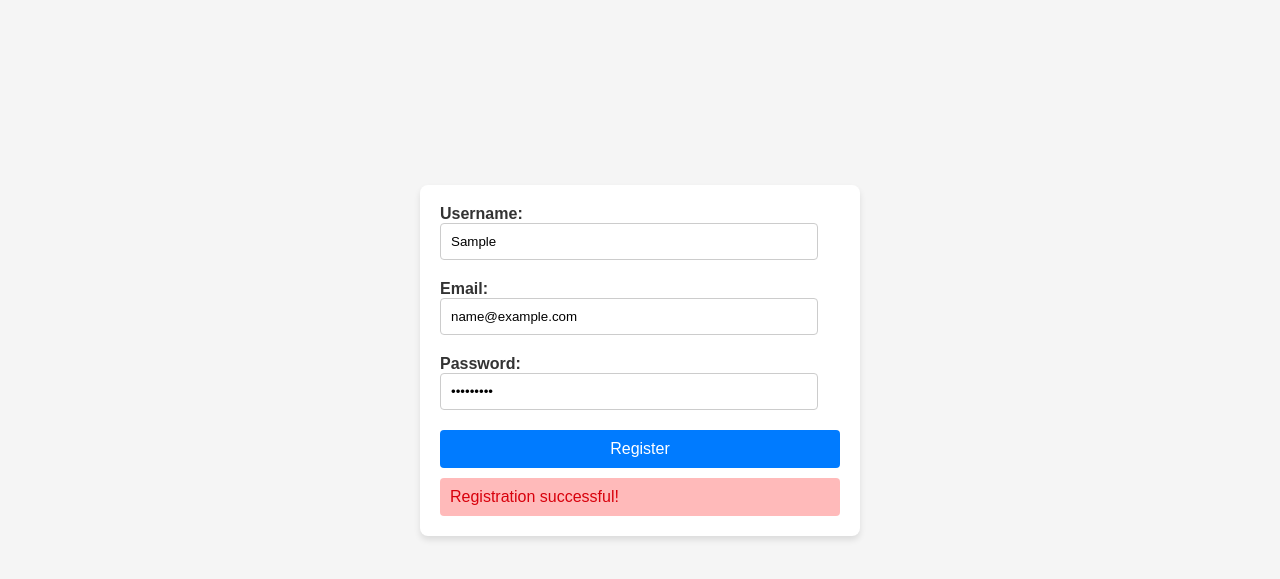
Repository: m-mwihaki/Form-Creation-Validation
Page: index.html
The author's editor kept a copy of each file at every save. The page is drawn from the files as they stood at one save, then again after the next save.
The browser window is 1280 px wide. The pictures show the whole page.
Empty fields were first filled with sample values (such as "Sample", 5 or name@example.com).
After loading, the first visible `#registration-form` was submitted once.

Above is the page before, as saved 2025-10-19 22:48:11.

### index.html
<!DOCTYPE html>
<html lang="en">
<head>
    <meta charset="UTF-8">
    <title>User Registration Form</title>
    <link rel="stylesheet" href="style.css">
</head>
<body>
    <form id="registration-form">
        <label for="username">Username:</label>
        <input type="text" id="username" required>

        <label for="email">Email:</label>
        <input type="email" id="email" required>

        <label for="password">Password:</label>
        <input type="password" id="password" required>

        <button type="submit">Register</button>
        <div id="form-feedback"></div>
    </form>
    <script src="script.js"></script>
</body>
</html>

### style.css
body {
    font-family: 'Arial', sans-serif;
    display: flex;
    justify-content: center;
    align-items: center;
    height: 100vh;
    background-color: #f5f5f5;
    margin: 0;
}

form {
    background: #ffffff;
    padding: 20px;
    border-radius: 8px;
    box-shadow: 0 4px 6px rgba(0, 0, 0, 0.1);
    width: 100%;
    max-width: 400px;
}

label {
    margin-bottom: 5px;
    font-weight: bold;
    color: #333;
}

input {
    padding: 10px;
    margin-bottom: 20px;
    border: 1px solid #ccc;
    border-radius: 4px;
    width: calc(100% - 22px); /* Adjust width to account for padding and border */
    box-sizing: border-box; /* Include padding and border in element's total width and height */
}

button {
    background-color: #007bff;
    color: white;
    padding: 10px 15px;
    border: none;
    border-radius: 4px;
    font-size: 16px;
    cursor: pointer;
    width: 100%;
    box-sizing: border-box;
    transition: background-color 0.3s ease;
}

button:hover {
    background-color: #0056b3;
}

#form-feedback {
    margin-top: 10px;
    padding: 10px;
    color: #d8000c;
    background-color: #ffbaba;
    border-radius: 4px;
    display: none; /* Initially hide the feedback div */
}

### script.js
document.addEventListener("DOMContentLoaded", function () {

    //form and feedback selection
const form = document.getElementById("registration-form");
const feedbackDiv = document.getElementById("form-feedback");

// form submission event listener
form.addEventListener('submit' , function(event) {
    event.preventDefault();

// retrieve and trim input values
    const username = document.getElementById("username").value.trim();
    const email = document.getElementById("email").value.trim();
    const password = document.getElementById("password").value.trim();

//initialize valiadtion variables
    let isValid = true;
    const messages = [];

//username valiadation
    if (username.length < 3) {
        isValid = false;
        messages.push("Username must be at least 3 characters long");
    }

//email validation
    if(!email.includes("@") || !email.includes(".")) {
        isValid = false;
        messages.push("Please enter a valid email address.")
    }

//password validation
    if (password.length < 8) {
        isValid = false;
        messages.push("Password must be at least 8 characters long")
    }


    feedbackDiv.style.display = "block";

    if(isValid) {
        feedbackDiv.textContent = "Registration successful!";
        feedbackDiv.style.color = "28a745";
    } else {
        feedbackDiv.textContent = messages.join("<br");
        feedbackDiv.style.color = "#dc3545";
    }
});
});

After the next save:
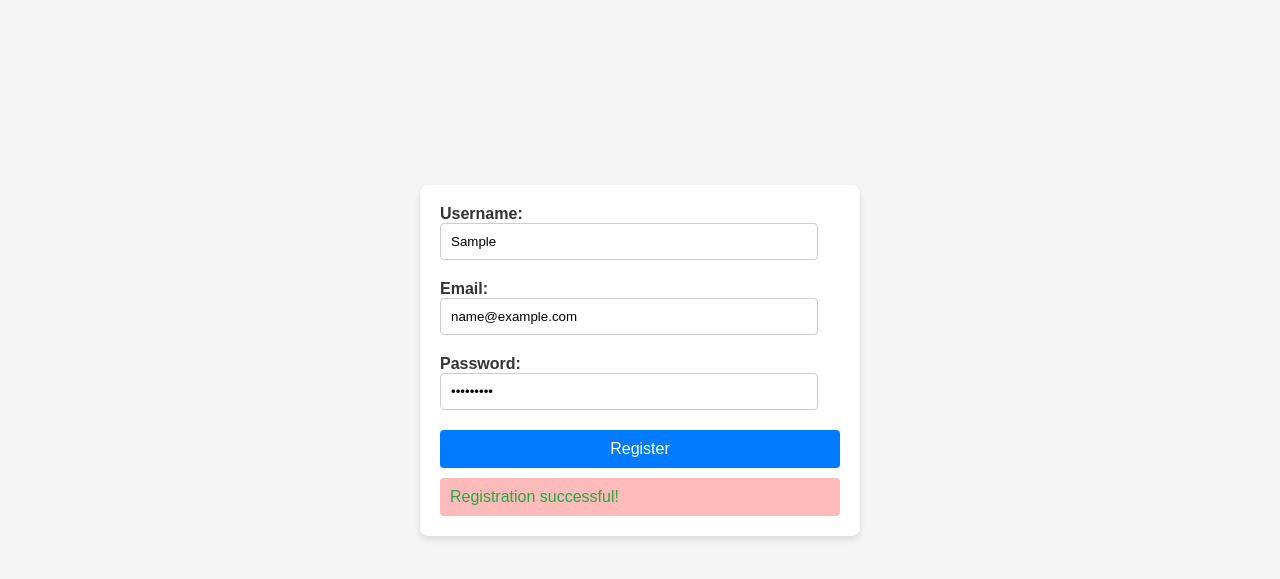
Saved 10 s later.
--- a/script.js
+++ b/script.js
@@ -40,7 +40,7 @@ form.addEventListener('submit' , function(event) {
 
     if(isValid) {
         feedbackDiv.textContent = "Registration successful!";
-        feedbackDiv.style.color = "28a745";
+        feedbackDiv.style.color = "#28a745";
     } else {
         feedbackDiv.textContent = messages.join("<br");
         feedbackDiv.style.color = "#dc3545";
